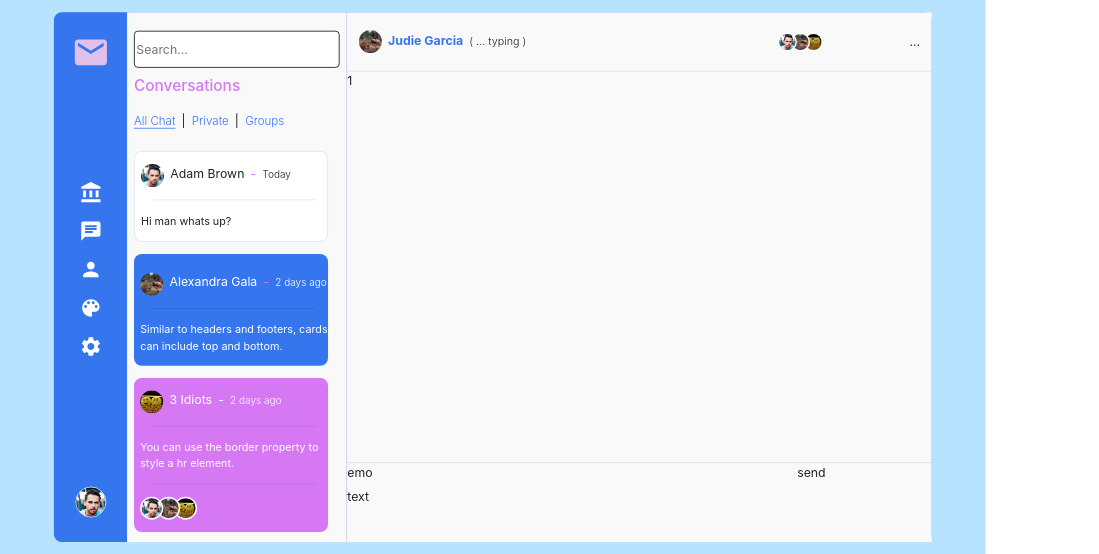
Repository: arafat877/super-chat
Page: /
The author's editor kept a copy of each file at every save. The page is drawn from the files as they stood at one save, then again after the next save.
The browser window is 1280 px wide. The page is 1280 px wide, then 1427 px, then 1280 px, so the pictures cover 1427 px, including what lies to the right of the window. The pictures show the whole page, at 77% of full size.
The project was rebuilt for these pictures with package versions that can differ from the ones it lists, and the page was loaded fresh each time.

Above is the page before, as saved 2020-08-07 01:48:16.

After the next save:
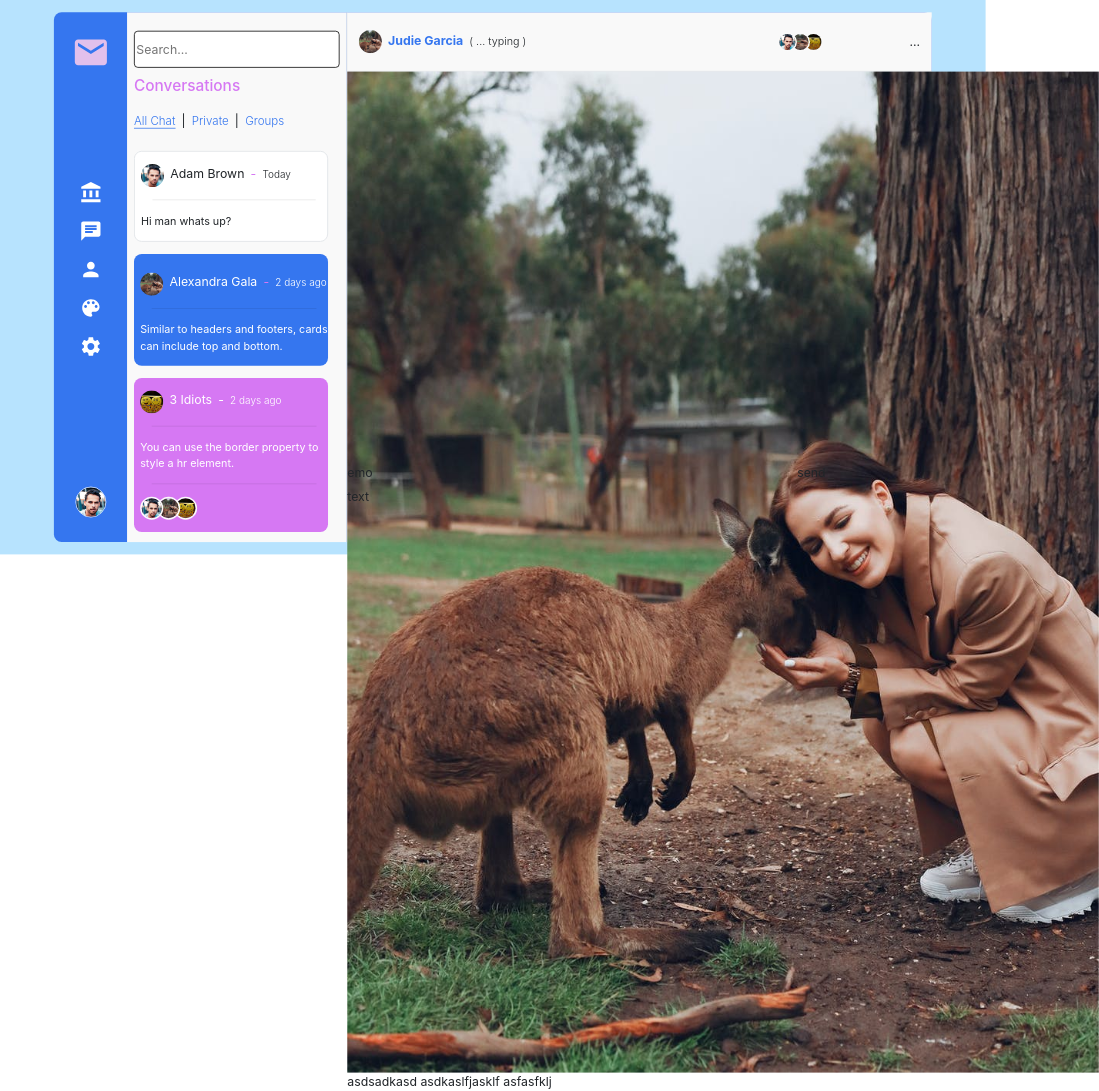
Saved 7 min 5 s later.
--- a/src/App.js
+++ b/src/App.js
@@ -187,9 +187,24 @@ function App() {
                   />
                 </AvatarGroup>
               </div>
-              <div className="col-2 m-auto"><span className="float-right">...</span></div>
-            </div>
-            <div className="row chatMessages">1</div>
+              <div className="col-2 m-auto">
+                <span className="float-right">...</span>
+              </div>
+            </div>
+            <div className="row chatMessages">
+              <div className="container">
+                <div className="row messageRow">
+                  <img
+                    className="messageUserProfilePicture"
+                    src={require("./assets/f1.jpeg")}
+                    alt="User Profile"
+                  />
+                  <div>
+                    asdsadkasd asdkaslfjasklf asfasfklj
+                  </div>
+                </div>
+              </div>
+            </div>
             <div className="row chatInput">
               <div className="col-md-9 container">
                 <div className="row inputEmoji">emo</div>

After the save that followed:
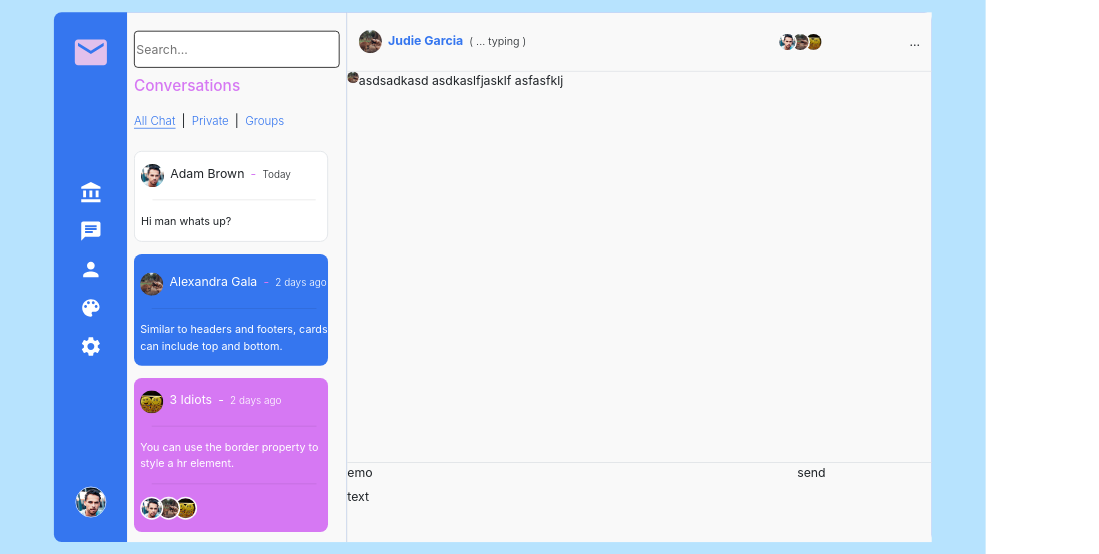
Saved 47 s later.
--- a/src/App.scss
+++ b/src/App.scss
@@ -231,26 +231,35 @@
           object-fit: cover;
         }
 
-        .infoUserName{
-            color: #3576ef;
-            font-weight: 700;
-        }
-
-        .infoTyping{
-            font-size: 14px;
-            font-weight: 300;
-        }
-
-        .infoGroup{
-            .avatar{
-                height: 25px;
-                width: 25px;
-            }
+        .infoUserName {
+          color: #3576ef;
+          font-weight: 700;
+        }
+
+        .infoTyping {
+          font-size: 14px;
+          font-weight: 300;
+        }
+
+        .infoGroup {
+          .avatar {
+            height: 25px;
+            width: 25px;
+          }
         }
       }
       .chatMessages {
         height: 73.75%;
         border-bottom: solid thin #dee2e6;
+
+        .messageRow {
+          .messageUserProfilePicture {
+            height: 15px;
+            width: 15px;
+            border-radius: 50%;
+            object-fit: cover;
+          }
+        }
       }
       .chatInput {
         height: 15%;
